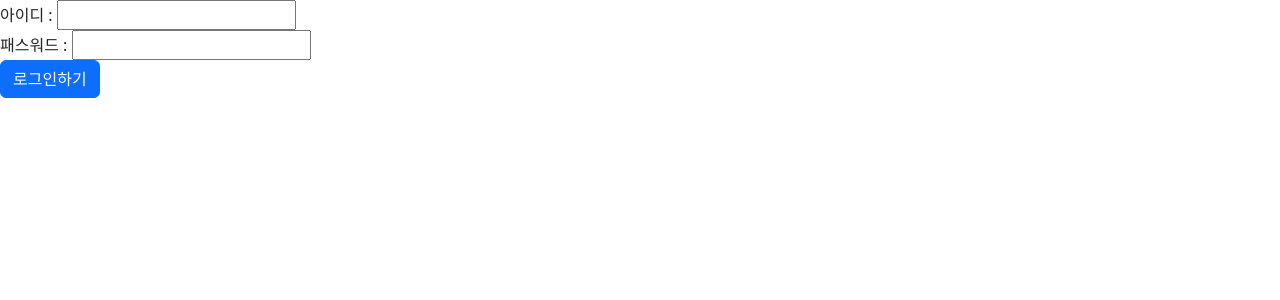
Repository: cheez0909/JSP
Page: http://localhost/1103/session/loginForm.jsp
These files come from the project's save history. The page is drawn as it stood at one moment and after the next save; the edit follows.
The browser window is 1280 px wide. The pictures show the whole page.
The page is served by Tomcat 9.

Above is the page before, as saved 2023-11-08 06:06:28.

After the next save:
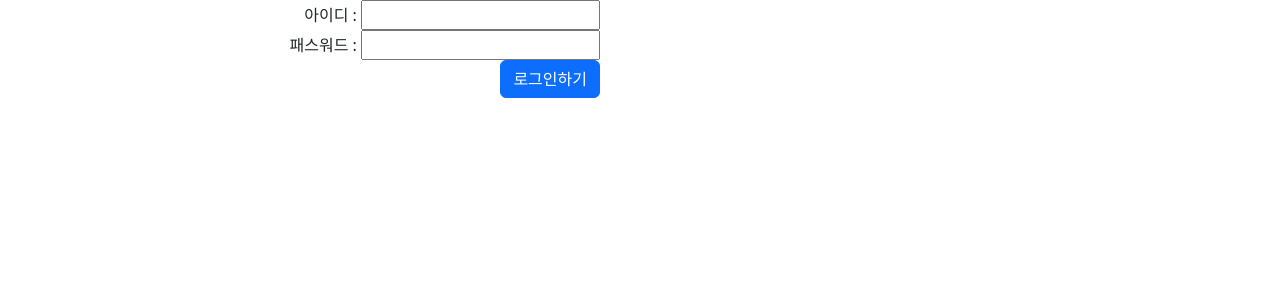
Saved 11 s later.
--- a/1103/src/main/webapp/session/loginForm.jsp
+++ b/1103/src/main/webapp/session/loginForm.jsp
@@ -12,7 +12,7 @@
 	width : 300px;
 }
 .login {
-	align-
+	text-align: right;
 	align-items: flex-start;
 }
 
